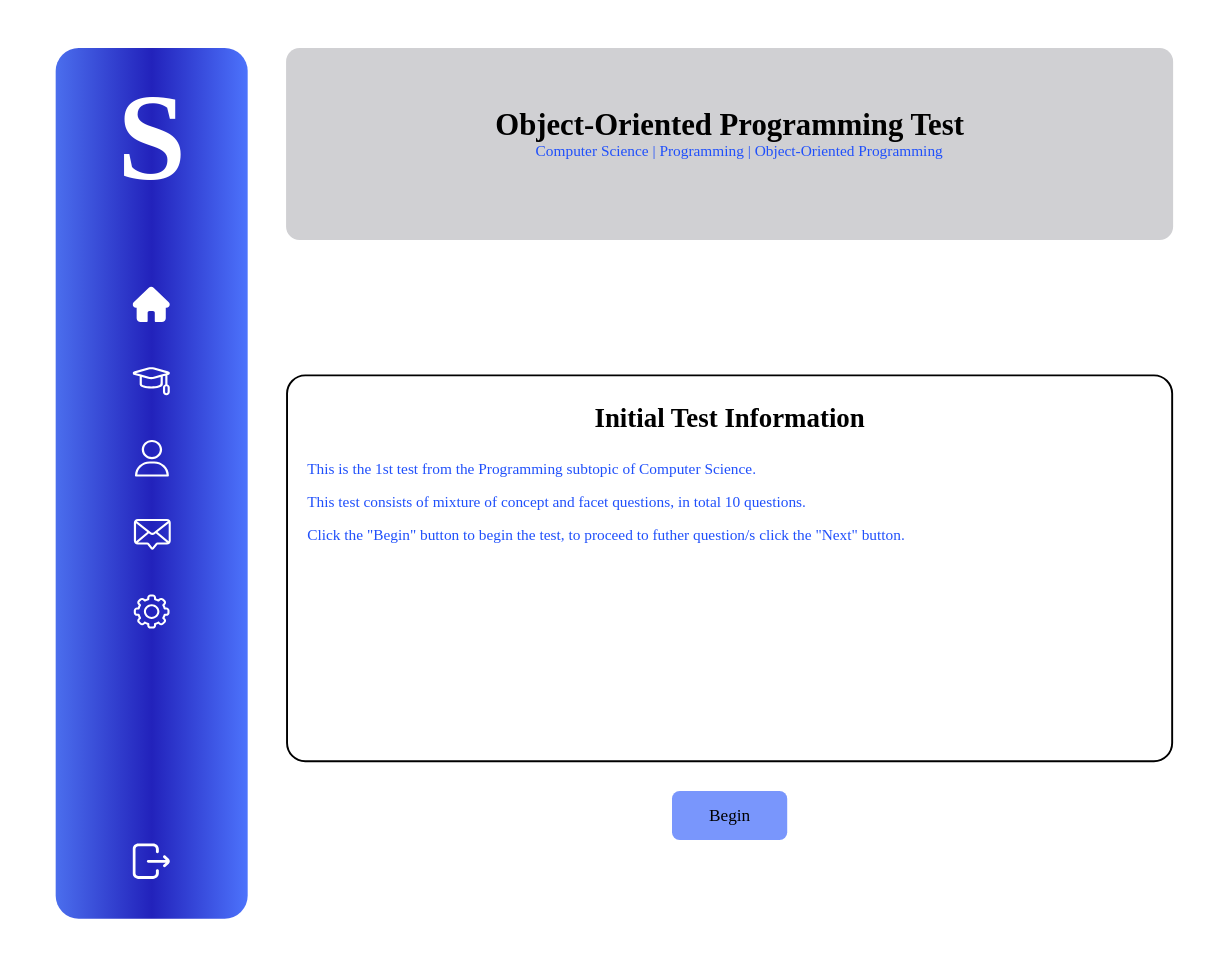
Repository: rafalzacher1/smartify-interface
Page: test.html
The author's editor kept a copy of each file at every save. The page is drawn from the files as they stood at one save, then again after the next save.
The browser window is 1280 px wide. The pictures show the whole page, at 96% of full size.
Some web fonts or font styles are not loaded; a fallback is used.

Above is the page before, as saved 2022-06-30 23:25:13.

After the next save:
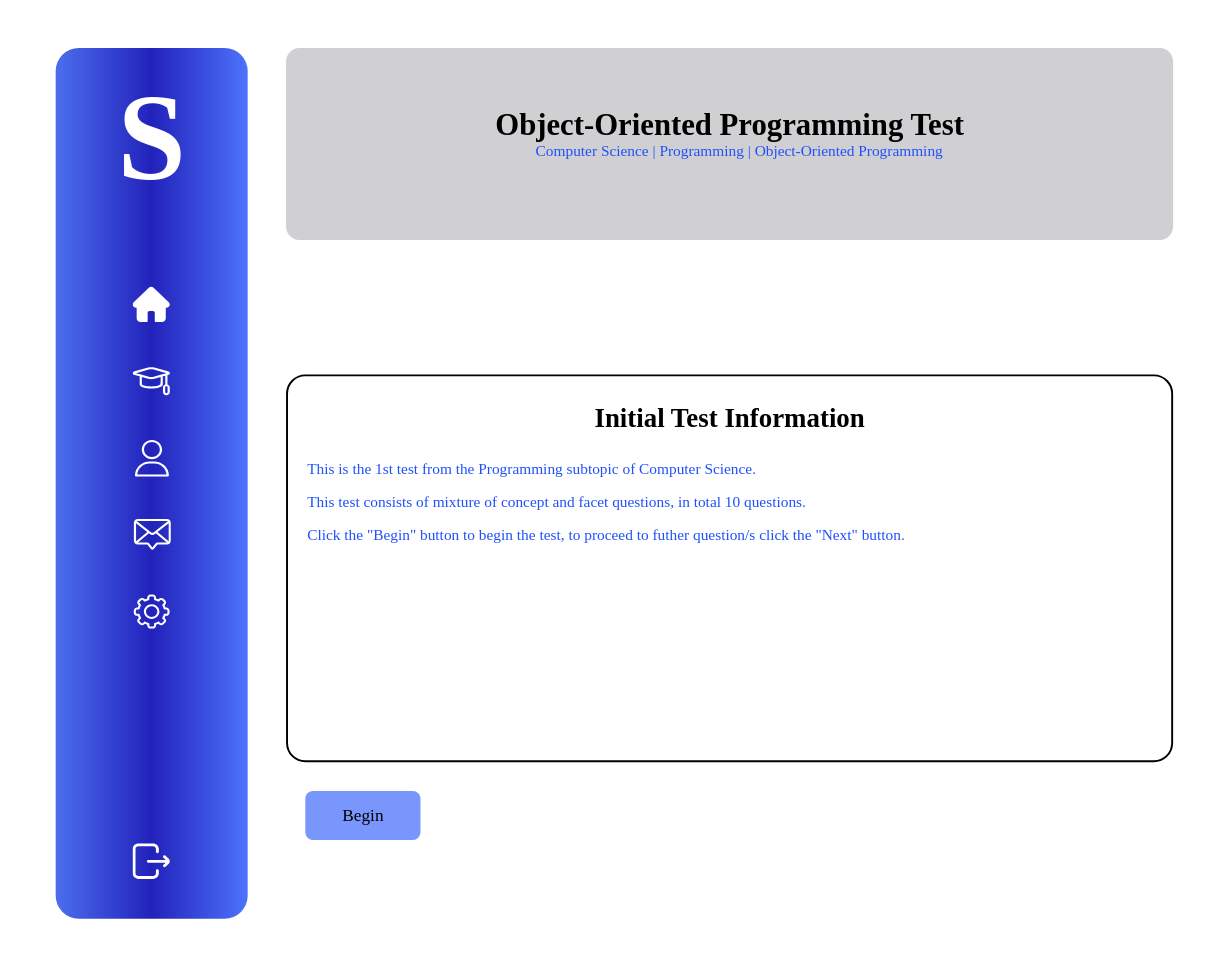
Saved 15 s later.
--- a/styles/question.css
+++ b/styles/question.css
@@ -60,7 +60,8 @@ input[type="reset"] {
 
 #progress-container,
 #next-question,
-#complete-test {
+#complete-test,
+ {
     text-align: center;
 }
 

After the save that followed:
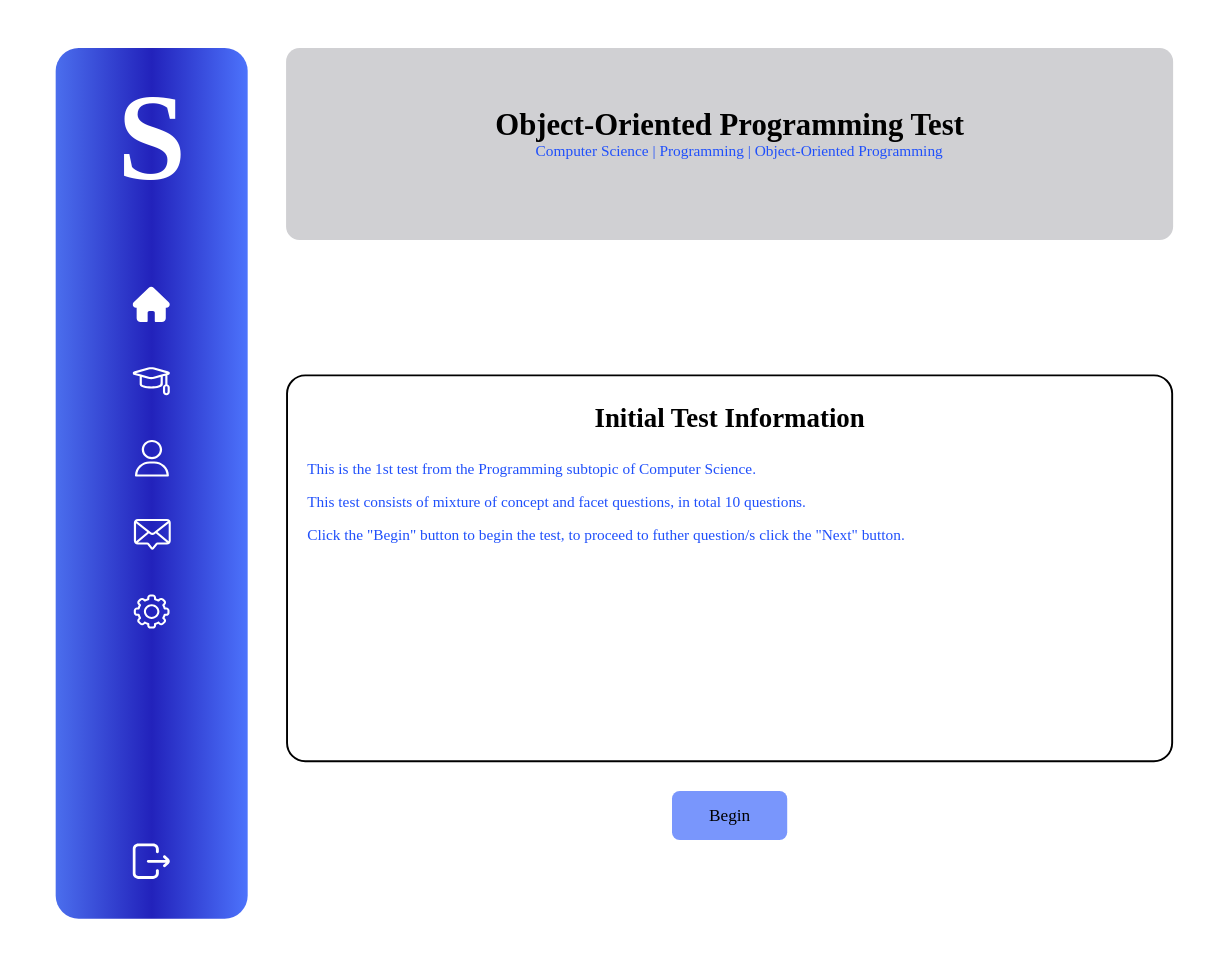
Saved 4 s later.
--- a/styles/question.css
+++ b/styles/question.css
@@ -61,7 +61,7 @@ input[type="reset"] {
 #progress-container,
 #next-question,
 #complete-test,
- {
+#go-back {
     text-align: center;
 }
 
